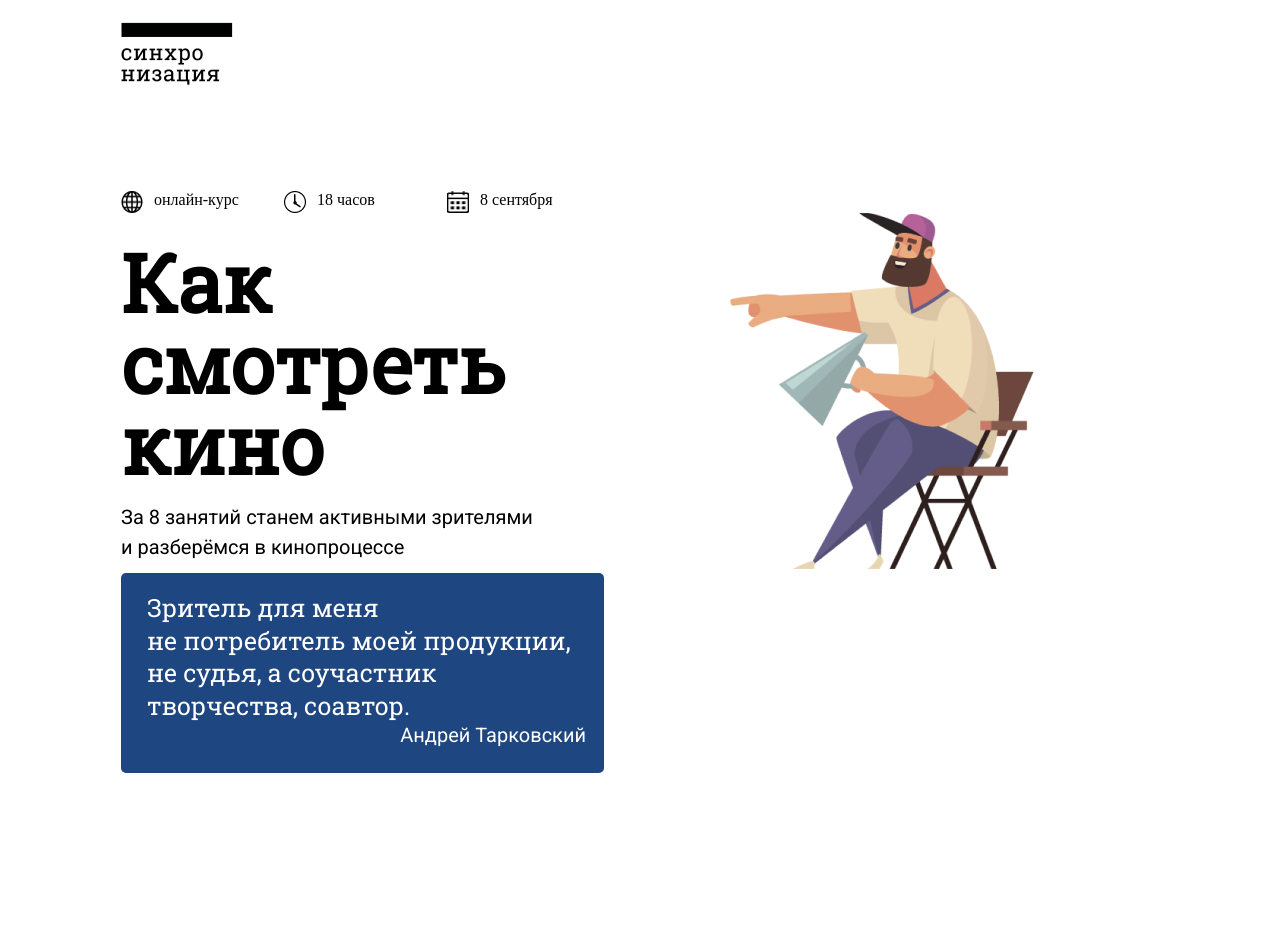
Repository: NatiqSamiyev/fiqma-task-top
Page: index.html
These files come from the project's save history. The page is drawn as it stood at one moment and after a run of saves; the edit follows.
The browser window is 1280 px wide. The pictures show the whole page.

Above is the page before, as saved 2023-08-16 15:28:43.

After the next 2 saves:
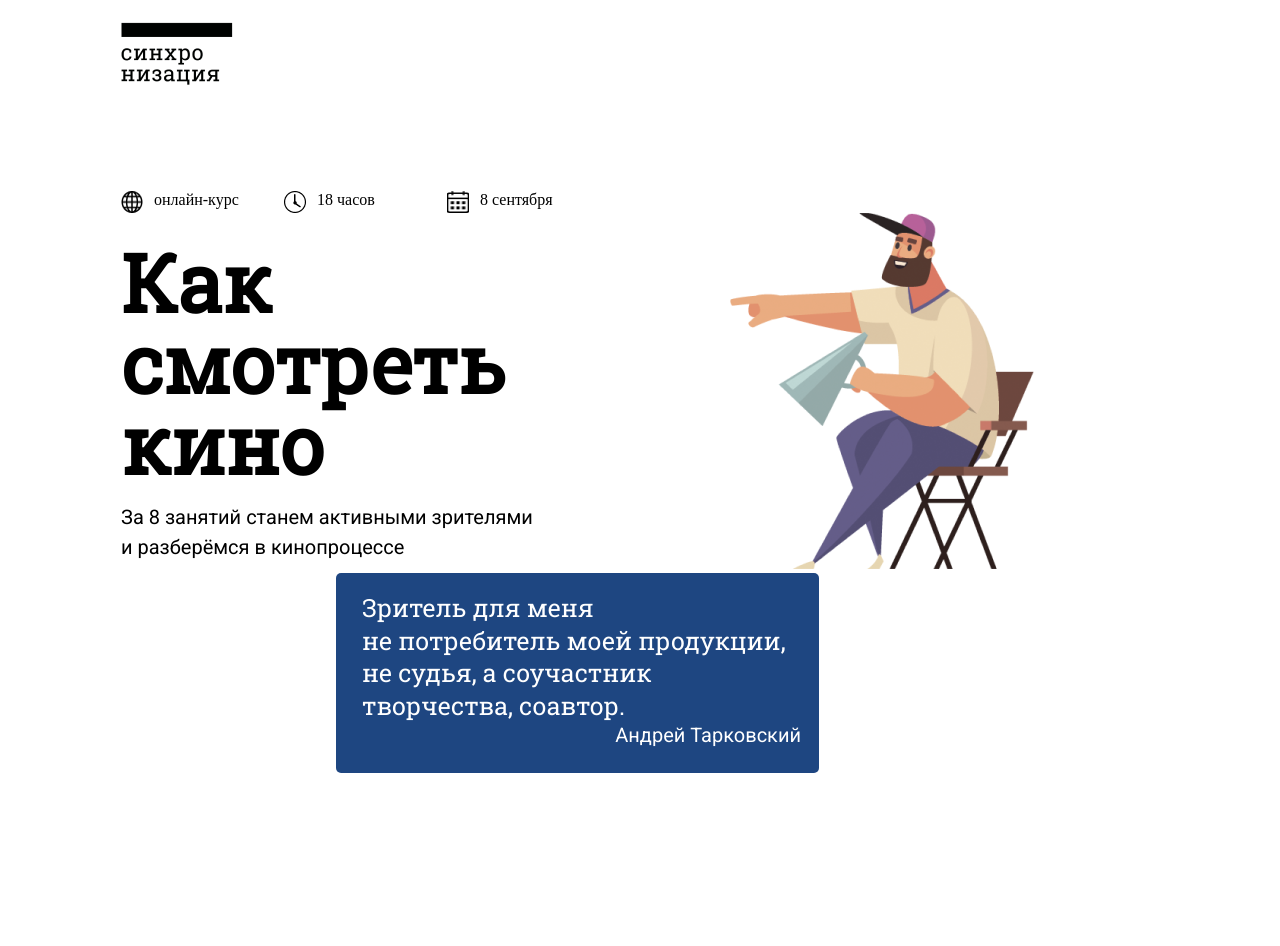
The 2 saves are shown as one change because they came seconds apart.
The last was saved 8 s later.
--- a/index.css
+++ b/index.css
@@ -71,7 +71,8 @@
   padding: 19px 18px 0 26px;
   width: 483px;
   height: 200px;
-  margin-top: 87px 0 0 280px;
+  margin-top: 87px ;
+  margin: auto;
   border-radius: 5px;
   background: #1e4681;
 }
